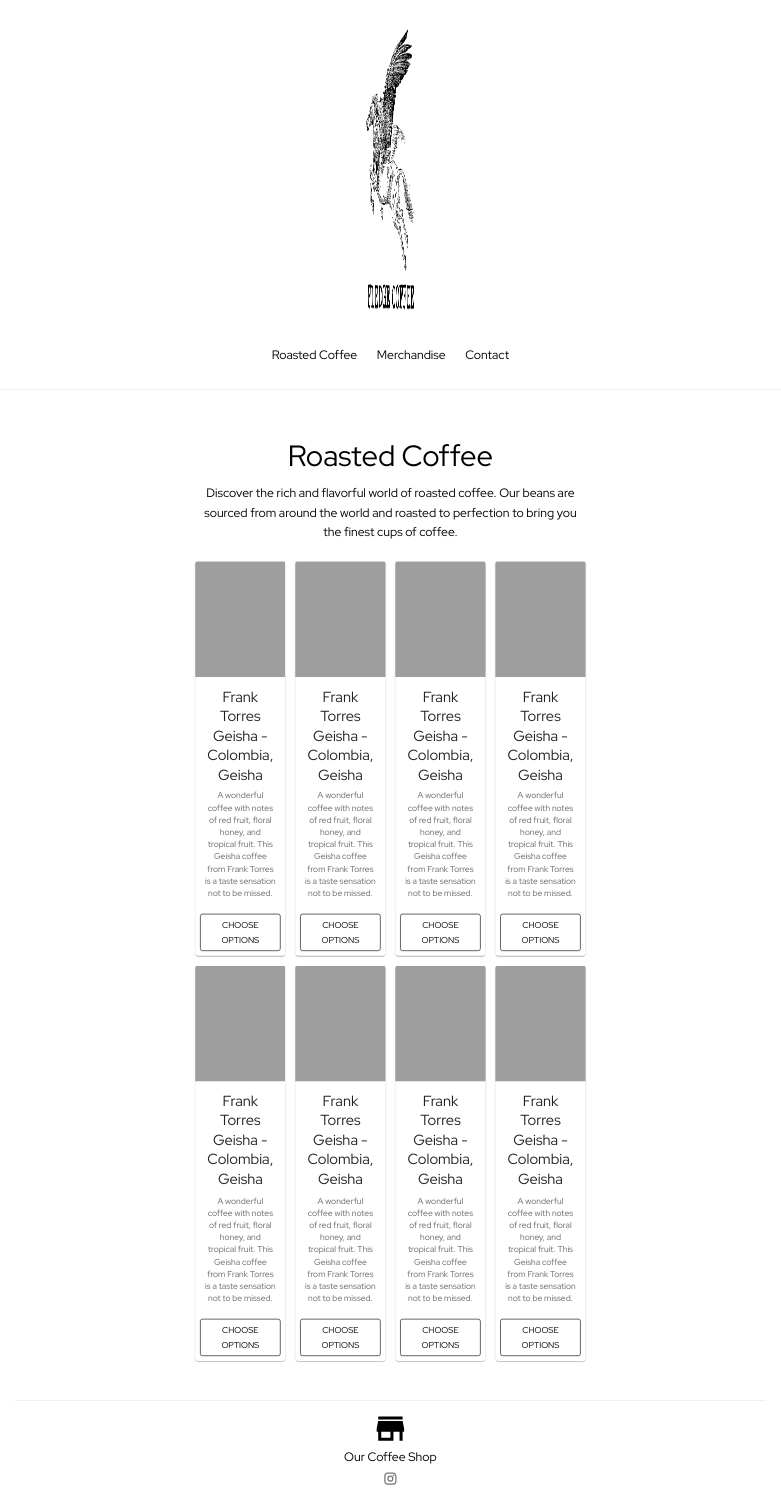
Repository: Cmicula054/Fledge-Coffee
Page: /roasted-coffee
These files come from the project's save history. The page is drawn as it stood at one moment and after the next save; the edit follows.
The browser window is 1280 px wide. The pictures show the whole page, at 61% of full size.
Pictures or frames that could not be fetched are drawn as grey boxes. Some web fonts or font styles are not loaded; a fallback is used. The project was rebuilt for these pictures with package versions that can differ from the ones it lists, and the page was loaded fresh each time. Also part of the build but not shown: src/components/Merchandise.jsx, src/components/Contact.jsx.

Above is the page before, as saved 2023-12-08 15:24:25.

After the next save:
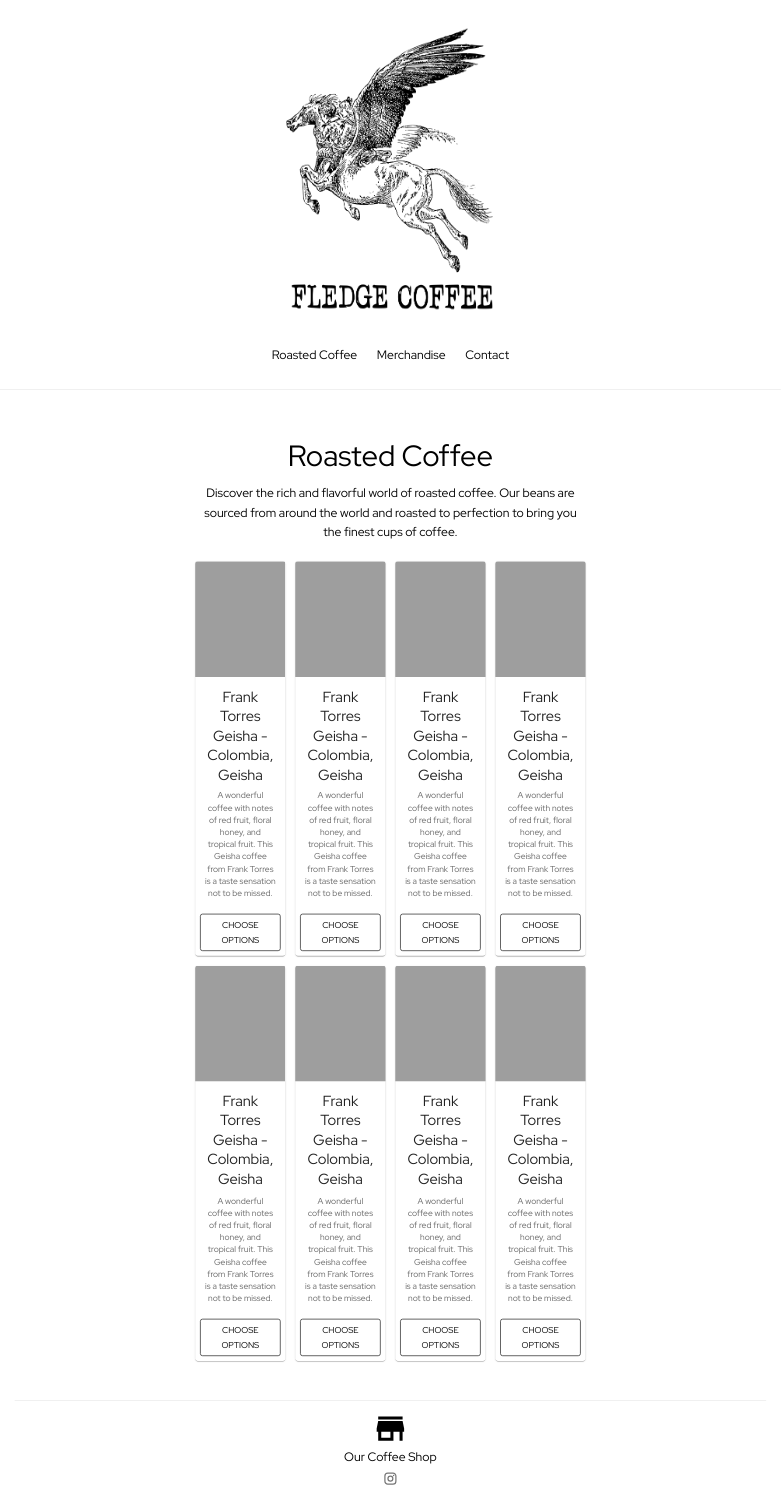
Saved 8 s later.
--- a/src/components/Layout.jsx
+++ b/src/components/Layout.jsx
@@ -28,7 +28,7 @@
             <img
               src={Fledge1}
               alt="Fledge coffee logo"
-              style={{ width: 90, height: 490 }}
+              style={{ width: 390, height: 490 }}
             />
           </a>
           <Box display="flex" justifyContent="center" gap={4} mt={4}>
